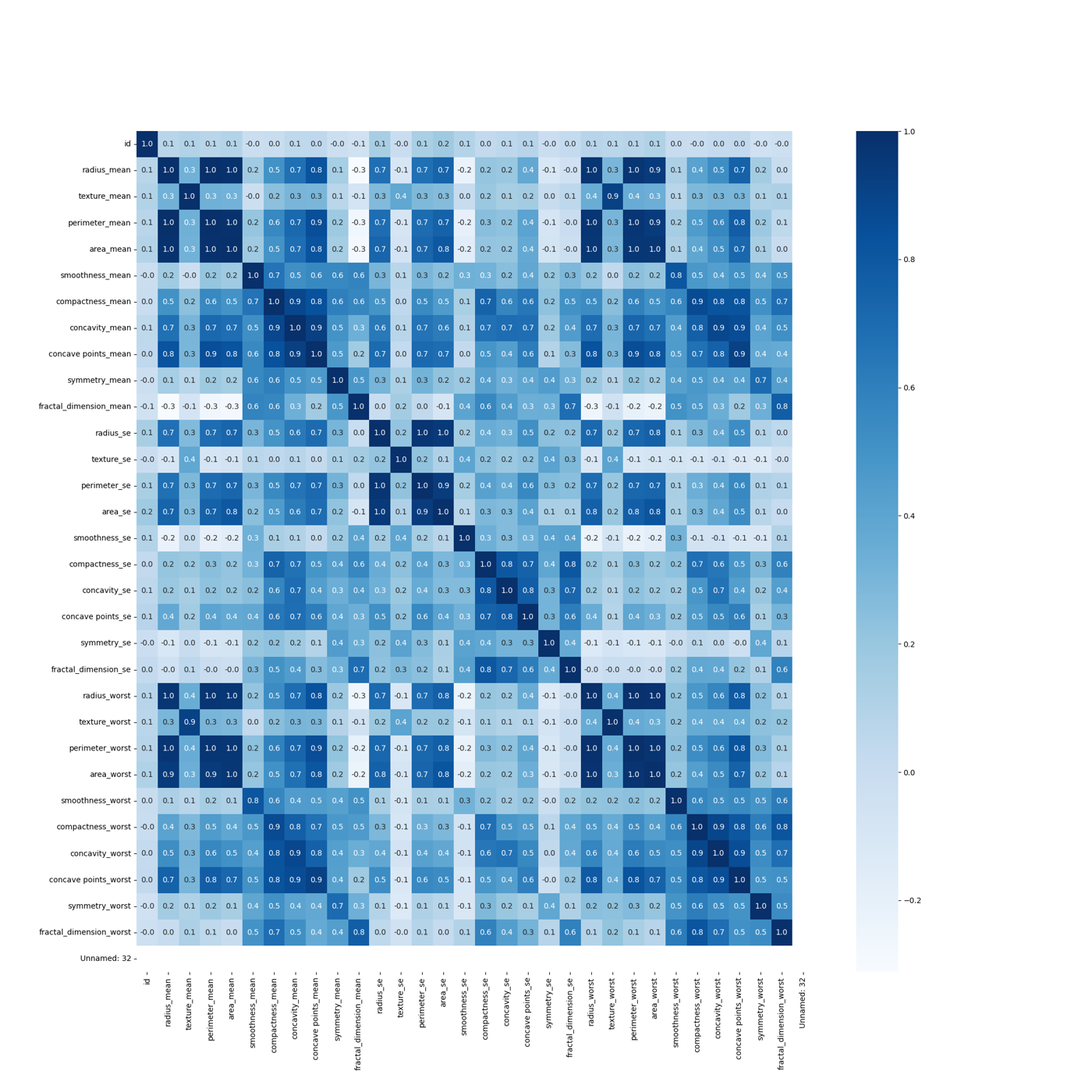
Repository: aminase/biopython
Script's output: python dataVisualization.py
The author's editor kept a copy of each file at every save. The script's output is drawn from the files as they stood at one save, then again after the next save.
The pictures are shown at 78% of full size.
Figures wider than 1,400 px are first shrunk to that width. Random numbers start from a fixed seed.

Above is the script's output before, as saved 2023-05-22 15:17:40.

After the next save:
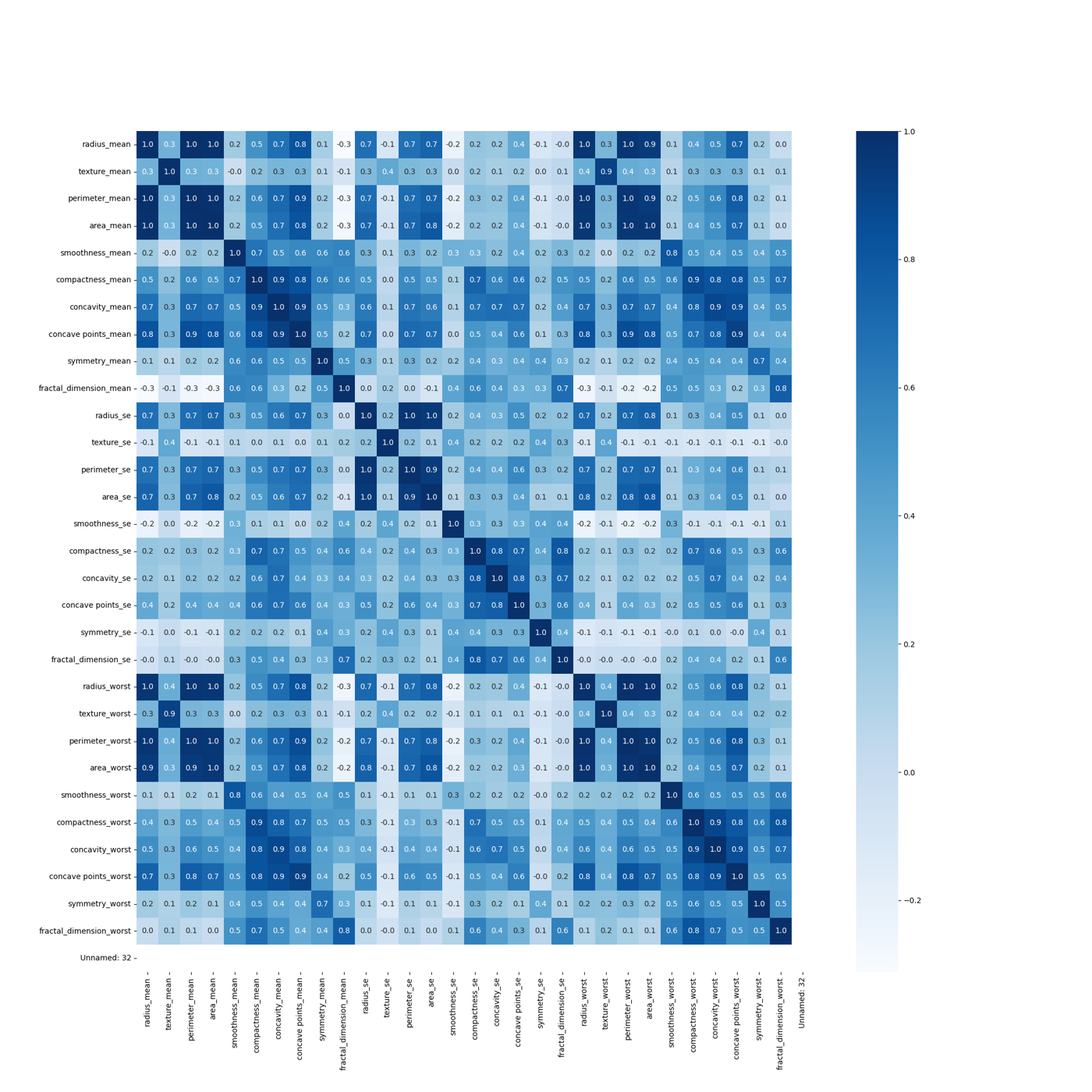
Saved 20 s later.
--- a/dataVisualization.py
+++ b/dataVisualization.py
@@ -40,6 +40,7 @@ for column in breast_cancer_data:
 # correlation matrix to check relations between different variables in our data set
 
 describe = breast_cancer_data.drop(columns='diagnosis', axis=1, inplace=True)
+describe = breast_cancer_data.drop(columns='id', axis=1, inplace=True)
 
 print(describe)
 correlation_matrix = breast_cancer_data.corr()
